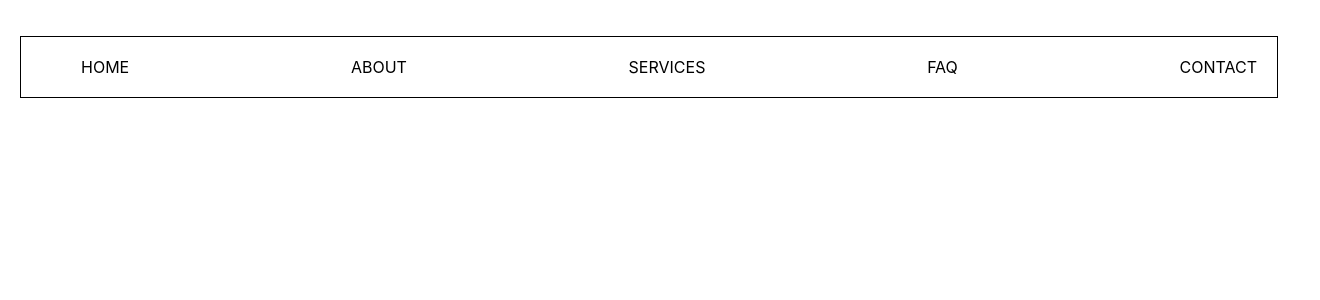
Repository: sriram1224/reactas1.github.io
Page: /
An editor plug-in stored every save of this project. The page is shown before and after the next save, followed by the edit.
The browser window is 1280 px wide. The page is 1320 px wide, so the pictures cover 1320 px, including what lies to the right of the window. The pictures show the whole page.
The project was rebuilt for these pictures with package versions that can differ from the ones it lists, and the page was loaded fresh each time.

Above is the page before, as saved 2024-03-05 06:48:45.

### src/App.js
import Nav from './Components/Nav';
import './App.css';

function App() {
  return (
    <div className="App">
     <Nav />
    </div>
  );
}

export default App;

### src/Components/Nav.js

import Navc from './Nav.css';
function Nav(){
    return (
        <nav className='Nav'>
            <ul>
                <li>HOME</li>
                <li>ABOUT</li>
                <li>SERVICES</li>
                <li>FAQ</li>
                <li>CONTACT</li>
            </ul>
        </nav>
    )
}
export default Nav;

### src/Components/Nav.css
.Nav{
    display: flex;
    justify-content: space-between;
    align-items: center;
    padding: 20px;
    width: 100%;
}
.Nav ul{
    display: flex;
    justify-content: space-between;
    align-items: center;
    list-style: none;
    gap: 20px;
    width: 95%;
    border: 1px solid #000;
}
.Nav ul li{
    padding: 20px;
}

Loaded but not shown: public/index.html (common file); src/index.js (common file); src/index.css (common file); src/reportWebVitals.js (common file); src/App.css (common file)

After the next save:
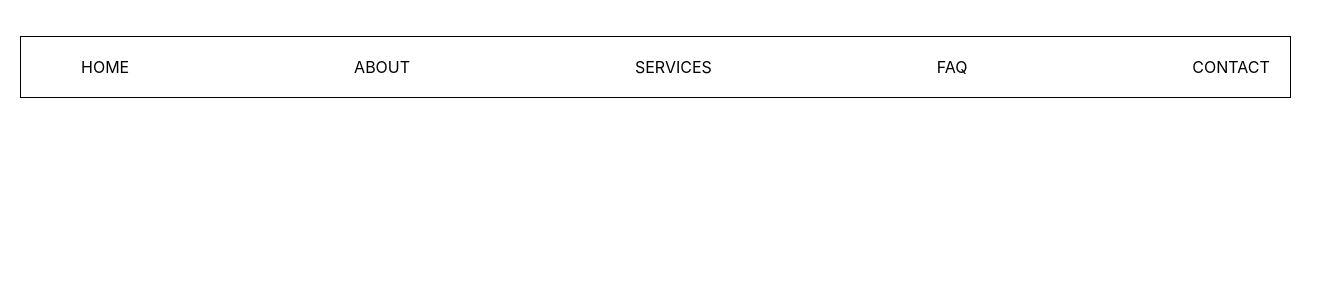
Saved 7 s later.
--- a/src/Components/Nav.css
+++ b/src/Components/Nav.css
@@ -11,7 +11,7 @@
     align-items: center;
     list-style: none;
     gap: 20px;
-    width: 95%;
+    width: 96%;
     border: 1px solid #000;
 }
 .Nav ul li{
